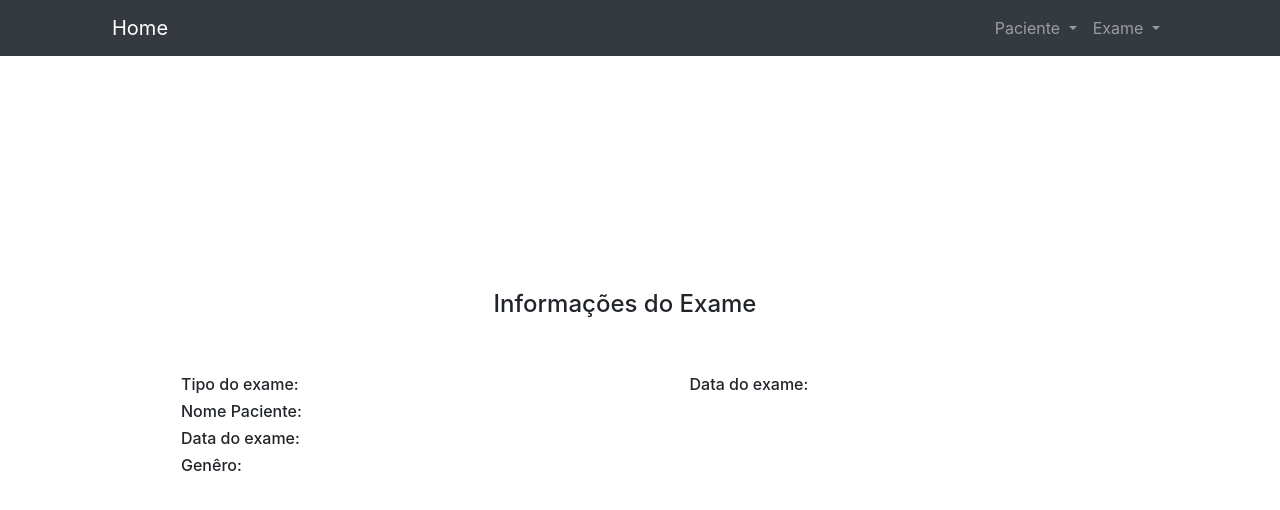
Repository: noobDevPRB/struts2_project
Page: http://localhost/Projeto_SOCTest/WEB-INF/jsp/exame/visualizar.jsp
An editor plug-in stored every save of this project. The page is shown before and after the next save, followed by the edit.
The browser window is 1280 px wide. The pictures show the whole page.
The page is served by Tomcat 9. Nobody is signed in. Other server files are loaded and not shown. The template is opened directly, without the code that normally fills it, so the values that code supplies are empty.

Above is the page before, as saved 2020-10-18 18:44:53.

### Projeto_SOCTest/WebContent/WEB-INF/jsp/exame/visualizar.jsp
<%@ page language="java" contentType="text/html; charset=ISO-8859-1" pageEncoding="ISO-8859-1"%>

<!DOCTYPE html>
<html>
<head>
<meta charset="ISO-8859-1">
	<meta charset="utf-8">
	<meta name="viewport" content="width=device-width, initial-scale=1, shrink-to-fit=no">
	<title>Soc Teste</title>
</head>
<body>

	<%@ include file="navBar.jsp"%>

	<div class="container custon-transley">
		<div class="row justify-content-center pb-5">
			<h4>Informações do Exame</h4>
		</div>
	  	<div class="row">
	  		<div class="col-lg-12 justify-content-center pl-5 ml-5">
			    <div class="container">
					<div class="row">
						<div class="col">
							<h6>Tipo do exame: ${exame.nm_exame}</h6>
						</div>
						<div class="col">
							<h6>Data do exame: ${exame.exm_data}</h6>
						</div>
					</div>

					<div class="row">
						<div class="col">
							<h6>Nome Paciente: ${exame.examePaciente.nm_cmplt}</h6>
						</div>
						<div class="col">
							<h6></h6>
						</div>
					</div>

					<div class="row">
						<div class="col">
							<h6>Data do exame: ${exame.exm_data}</h6>
						</div>
						<div class="col">
							<h6>${paciente.idade}</h6>
						</div>
					</div>

					<div class="row">
						<div class="col">
							<h6>Genêro:</h6>
						</div>
						<div class="col">
							<h6>${paciente.genero}</h6>
						</div>
					</div>
				</div>
			</div>
	  	</div>
	</div>
</body>
</html>

### Projeto_SOCTest/WebContent/WEB-INF/jsp/exame/navBar.jsp
<%@ page language="java" contentType="text/html; charset=ISO-8859-1" pageEncoding="ISO-8859-1"%>

<!DOCTYPE html>
<html>
<head>
	<!-- Required meta tags -->
	<meta charset="utf-8">
	<meta name="viewport" content="width=device-width, initial-scale=1, shrink-to-fit=no">
	<!-- Bootstrap CSS -->
  	<link rel="stylesheet" href="https://cdn.jsdelivr.net/npm/bootstrap@4.5.3/dist/css/bootstrap.min.css">
  	<link href="css/style.css" rel="stylesheet">
	<title>Soc Teste</title>
</head>

<body>
	<nav class="navbar navbar-expand-lg navbar-dark bg-dark">
		<a class="navbar-brand pl-5 ml-5" href="http://localhost:8080/Projeto_SOCTest/">Home</a>

		<div class="collapse navbar-collapse" id="navbarSupportedContent">
			<ul class="navbar-nav ml-auto pr-5 mr-5">
				<li class="nav-item dropdown">
					<a class="nav-link dropdown-toggle" href="#" id="navbarDropdown" role="button" data-toggle="dropdown" aria-haspopup="true" aria-expanded="false">
					Paciente
					</a>
					<div class="dropdown-menu" aria-labelledby="navbarDropdown">
						<a class="dropdown-item" href="http://localhost:8080/Projeto_SOCTest/navegarCadastroPaciente">Cadastro</a>
						<a class="dropdown-item" href="http://localhost:8080/Projeto_SOCTest/navegarListagemPacientes">Listagem</a>
					</div>
				</li>
				<li class="nav-item dropdown">
					<a class="nav-link dropdown-toggle" href="#" id="navbarDropdown" role="button" data-toggle="dropdown" aria-haspopup="true" aria-expanded="false">
					Exame
					</a>
					<div class="dropdown-menu" aria-labelledby="navbarDropdown">
						<a class="dropdown-item" href="http://localhost:8080/Projeto_SOCTest/navegarCadastroExame">Cadastro</a>
						<a class="dropdown-item" href="http://localhost:8080/Projeto_SOCTest/navegarListagemExames">Listagem</a>
					</div>
				</li>
			</ul>
		</div>
	</nav>
</body>
<script src="https://code.jquery.com/jquery-3.5.1.slim.min.js"></script>
<script src="https://cdn.jsdelivr.net/npm/bootstrap@4.5.3/dist/js/bootstrap.bundle.min.js"></script>
</html>

### Projeto_SOCTest/WebContent/css/style.css
* {
	box-sizing: border-box;
	margin: 0;
	padding: 0;
	outline:0;
	max-width: 100%;
}

html, body {
	min-height:100%;
	height:100%;
	max-width:100%
}

.custon-transley{
	position: relative;
	top: 50%;
	transform: translateY(-65%);
}

.custon-table {
	height: 700px;
	overflow: auto;
}

.botão-transparente{
	color: #007bff;;
	background-color: transparent!important;
	border: 0px!important;
	border-color: transparent!important;

}

.botão-transparente:hover{
	background-color: transparent!important;
	border: 0px!important;
	color: #0056b3;
    text-decoration: underline;
    border-color: transparent!important;
}

After the next save:
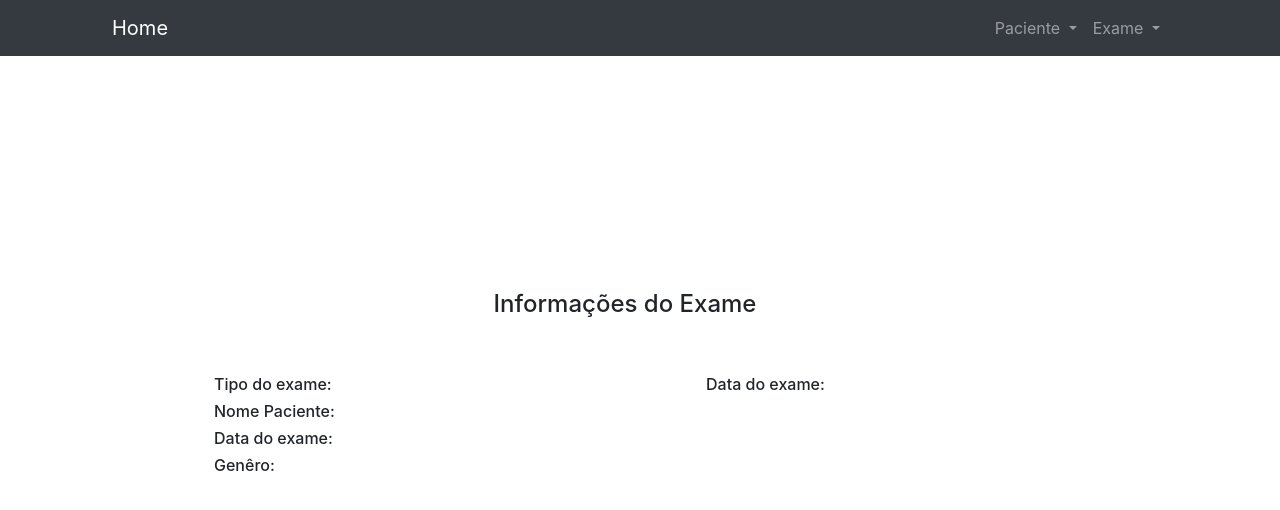
Saved 39 s later.
--- a/Projeto_SOCTest/WebContent/WEB-INF/jsp/exame/visualizar.jsp
+++ b/Projeto_SOCTest/WebContent/WEB-INF/jsp/exame/visualizar.jsp
@@ -18,7 +18,7 @@
 		</div>
 	  	<div class="row">
 	  		<div class="col-lg-12 justify-content-center pl-5 ml-5">
-			    <div class="container">
+			    <div class="container pl-5">
 					<div class="row">
 						<div class="col">
 							<h6>Tipo do exame: ${exame.nm_exame}</h6>
